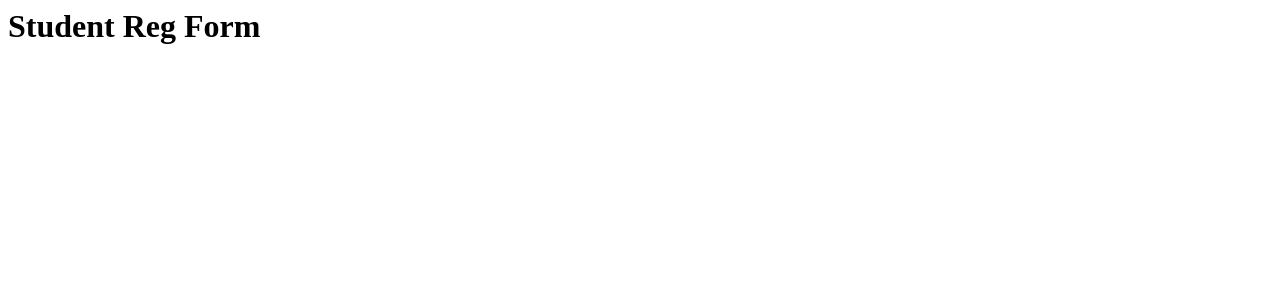
Repository: saikrishnaDsk/DelNex4D
Page: http://localhost/delnexd2mvc/
An editor plug-in stored every save of this project. The page is shown before and after the next save, followed by the edit.
The browser window is 1280 px wide. The pictures show the whole page.
The page is served by Tomcat 9. Other server files are loaded and not shown.

Above is the page before, as saved 2020-01-11 05:32:50.

### workspace-sts-3.9.9.RELEASE/delnexd2mvc/src/main/webapp/WEB-INF/views/home.jsp
<%@ taglib uri="http://java.sun.com/jsp/jstl/core" prefix="c" %>
<%@ page session="false" %>
<html>
<head>
	<title>Home</title>
</head>
<body>
<h1>
	Student Reg Form
</h1>


</body>
</html>

After the next save:
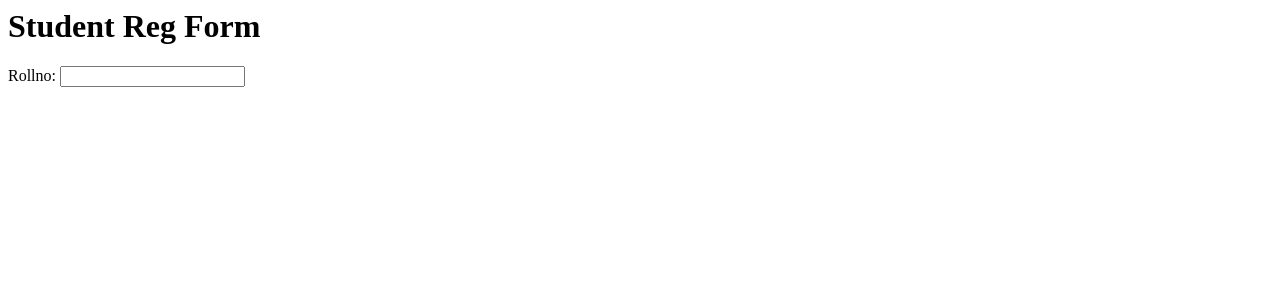
Saved 80 s later.
--- a/workspace-sts-3.9.9.RELEASE/delnexd2mvc/src/main/webapp/WEB-INF/views/home.jsp
+++ b/workspace-sts-3.9.9.RELEASE/delnexd2mvc/src/main/webapp/WEB-INF/views/home.jsp
@@ -8,7 +8,9 @@
 <h1>
 	Student Reg Form
 </h1>
-
+<form action="saveStudent">
+Rollno: <input type="text" name="roll">
+</form>
 
 </body>
 </html>
